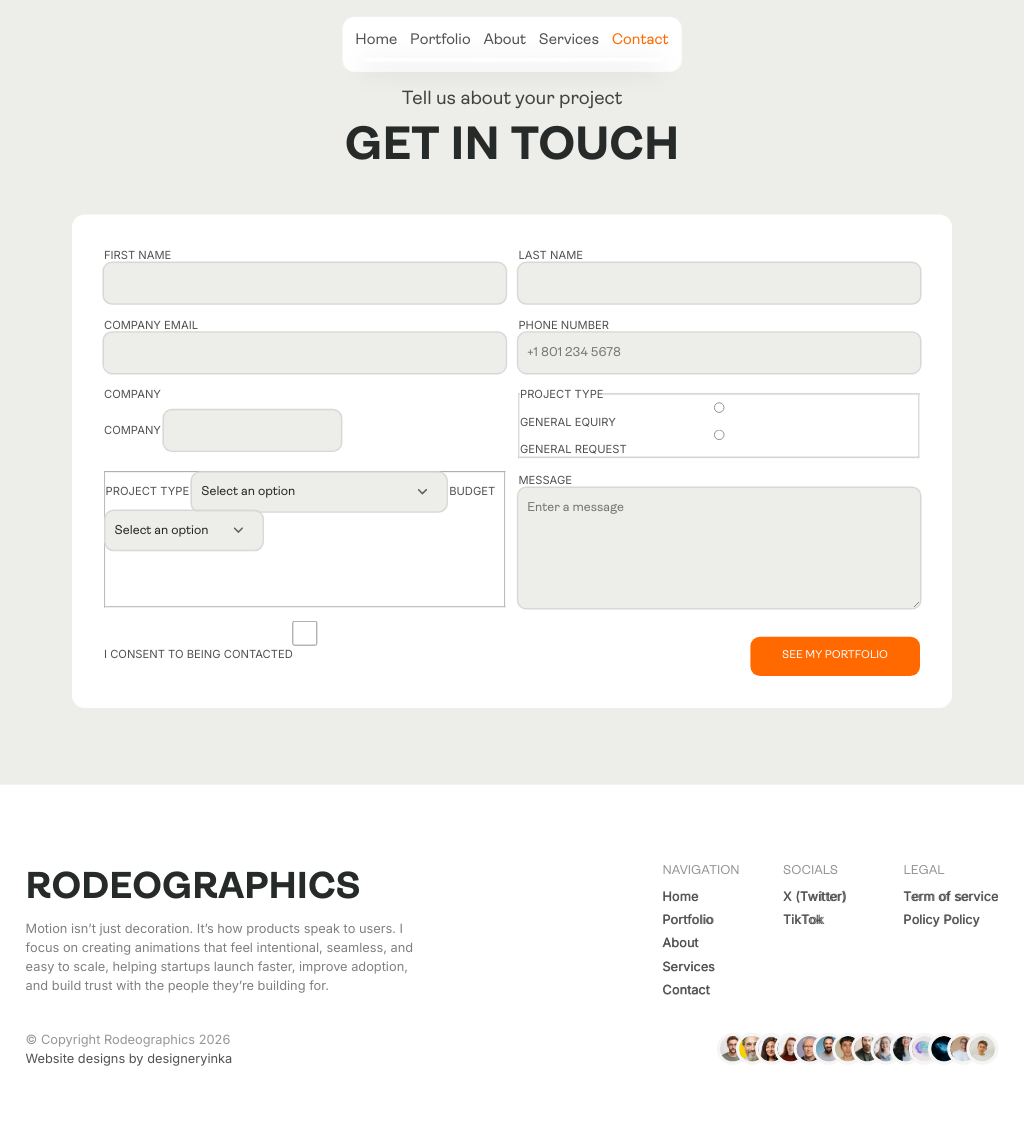
Repository: Ajeyinka/RodeoGraphics
Page: contact.html
An editor plug-in stored every save of this project. The page is shown before and after the next save, followed by the edit.
The browser window is 1280 px wide. The pictures show the whole page, at 80% of full size.

Above is the page before, as saved 2026-02-21 21:28:26.
Console error: ReferenceError: gsap is not defined

### contact.html
<!DOCTYPE html>
<html lang="en">
  <head>
    <meta charset="UTF-8" />
    <meta name="viewport" content="width=device-width, initial-scale=1.0" />
    <title>Contact | Motion Design for Startups</title>

    <meta
      name="description"
      content="Get in touch to discuss motion design for your product, startup, or upcoming launch."
    />
    <meta property="og:title" content="Contact | Motion Design for Startups" />
    <meta
      property="og:description"
      content="Get in touch to discuss motion design for your product, startup, or upcoming launch."
    />
    <meta property="og:image" content="" />
    <meta property="og:type" content="website" />
    <meta property="og:url" content="" />
    <script src="script.js" defer></script>
    <link rel="stylesheet" href="style.css" />
    <link
      rel="shortcut icon"
      href="images/favicon.ico.png"
      sizes="32x32"
      type="image/png"
    />
  </head>
  <body>
    <nav class="section_nav">
      <div class="container_large">
        <div class="container_nav">
          <div class="two-col-flex">
            <div class="nav_brand">
              <a href="index.html" class="nav_brand-link">
                <span>Rodeographics</span>
              </a>
            </div>
            <a href="#" class="toggle_button" id="toggle_button">
              <span class="bar one"></span>
              <span class="bar two"></span>
            </a>
          </div>
          <!-- Brand / Logo -->

          <!-- Navigation Menu -->
          <div class="nav_menu">
            <ul class="nav_list">
              <li class="nav_item">
                <a href="index.html" class="nav_link">Home</a>
              </li>
              <li class="nav_item">
                <a href="portfolio.html" class="nav_link">Portfolio</a>
              </li>

              <li class="nav_item">
                <a href="about.html" class="nav_link">About</a>
              </li>

              <li class="nav_item">
                <a href="services.html" class="nav_link">Services</a>
              </li>

              <li class="nav_item">
                <a href="contact.html" class="nav_link">Contact</a>
              </li>
            </ul>
          </div>
        </div>
      </div>
    </nav>

    <main>
      <section class="section_contact">
        <div class="container_large">
          <div class="padding_global">
            <div class="form_component">
              <div class="title-top">
                <p class="tag">Tell us about your project</p>
                <h1>GET IN TOUCH</h1>
              </div>
            </div>
            <div class="form-block">
              <form action="https://formspree.io/f/xzdapnao" method="POST">
                <div class="form-group">
                  <label for="fname">First Name</label>
                  <input
                    type="text"
                    name="first_name"
                    class="input"
                    id="fName"
                    required
                  />
                </div>
                <div class="form-group">
                  <label for="lname">Last Name</label>
                  <input
                    type="text"
                    name="last_name"
                    class="input"
                    id="lName"
                    required
                  />
                </div>
                <div class="form-group">
                  <label for="email">Company Email</label>
                  <input
                    type="email"
                    name="company_email"
                    class="input"
                    id="email"
                    required
                  />
                </div>
                <div class="form-group">
                  <label for="tel"> Phone Number</label>
                  <input
                    type="tel"
                    class="input phone-input"
                    placeholder="+1 801 234 5678"
                    inputmode="tel"
                    autocomplete="tel"
                    id="tel"
                  />
                </div>

                <div class="form-group">
                  <label for="company">Company</label>
                  <label for="company">
                    Company
                    <input
                      type="text"
                      name="company"
                      class="input"
                      id="company"
                    />
                  </label>
                </div>

                <fieldset>
                  <legend>Project Type</legend>

                  <div class="form-group">
                    <input
                      type="radio"
                      id="general"
                      name="project"
                      value="General Equiry"
                      required
                    />
                    <label for="general">General Equiry</label>
                  </div>

                  <div class="form-group">
                    <input
                      type="radio"
                      id="support"
                      name="project"
                      value="General Requesr"
                      required
                    />
                    <label for="support">General Request</label>
                  </div>
                </fieldset>

                <fieldset>
                  <label>
                    Project Type
                    <select class="input select" name="project type">
                      <option value="" disabled selected>
                        Select an option
                      </option>
                      <option value="saas">SaaS/Explainer Video</option>
                      <option value="2d explainer">2D Explainer Video</option>
                      <option value="logo">Logo Animation</option>
                      <option value="ai vide0">
                        AI branding/product Launch Video
                      </option>
                      <option value="website">Website Interphase</option>
                      <option value="short form">Short Form Edit Video</option>
                    </select>
                  </label>
                  <label>
                    Budget
                    <select class="input select" name="budget">
                      <option value="" disabled selected>
                        Select an option
                      </option>
                      <option value="$0-$200">$0-$200</option>
                      <option value="$200-$500">$200-$500</option>
                      <option value="$500-$1000">$500-$1000</option>
                      <option value="$1000-above">$1000 and Above</option>
                    </select>
                  </label>
                </fieldset>
                <div class="form-group">
                  <label for="message">Message</label>
                  <textarea
                    name="textarea"
                    id="textarea"
                    class="input"
                    placeholder="Enter a message"
                  ></textarea>
                </div>
                <div class="form-group">
                  <input type="checkbox" name="consent" id="consent" required />
                  <label for="consent">I consent to being contacted</label>
                </div>

                <div class="input-submit">
                  <button type="submit" class="button-submit button">
                    <span class="text text-primary">See my portfolio</span>
                  </button>
                </div>
                <div class="form-success">
                  Thanks for reaching out. I’ll get back to you within 24 hours.
                </div>
              </form>
            </div>
          </div>
        </div>
      </section>
    </main>
    <footer>
      <div class="container_large">
        <div class="padding_global">
          <div class="footer-grid">
            <div class="footer-left">
              <h2>Rodeographics</h2>
              <p>
                Motion isn’t just decoration. It’s how products speak to users.
                I focus on creating animations that feel intentional, seamless,
                and easy to scale, helping startups launch faster, improve
                adoption, and build trust with the people they’re building for.
              </p>
            </div>
            <div class="footer-right">
              <div class="footer_link-wrapper">
                <div class="footer_links">
                  <h4>Navigation</h4>
                  <a href="index.html" class="footer_link">Home</a>
                  <a href="portfolio.html" class="footer_link">Portfolio</a>
                  <a href="about.html" class="footer_link">About</a>
                  <a href="services.html" class="footer_link">Services</a>
                  <a href="contact.html" class="footer_link">Contact</a>
                </div>
                <div class="footer_links">
                  <h4>Socials</h4>
                  <a href="https://x.com/designerola01" class="footer_link"
                    >X (Twitter)</a
                  >

                  <a
                    href="https://www.tiktok.com/@rodeodesigns?_r=1&_t=ZS-93MZgyCcf5N"
                    class="footer_link"
                    >TikTok</a
                  >
                </div>
                <div class="footer_links">
                  <h4>Legal</h4>
                  <a href="services.html" class="footer_link"
                    >Term of service</a
                  >

                  <a href="privacy.html" class="footer_link">Policy Policy</a>
                </div>
              </div>
            </div>
          </div>
          <div class="footer-bottom">
            <div>
              <p class="Copyright">© Copyright Rodeographics 2026</p>
              <a href="https://designeryinka.com/" target="_blank"
                >Website designs by designeryinka</a
              >
            </div>

            <div class="footer_proof">
              <img src="images/1.png" alt="" />
              <img src="images/2.png" alt="" />
              <img src="images/3.png" alt="" />
              <img src="images/4.png" alt="" />
              <img src="images/5.png" alt="" />
              <img src="images/6.png" alt="" />
              <img src="images/adewale.png" alt="" />
              <img src="images/adewale1.png" alt="" />
              <img src="images/adewale2.png" alt="" />
              <img src="images/adewale4.png" alt="" />
              <img src="images/adewalw5.png" alt="" />
              <img src="images/adewale6.png" alt="" />
              <img src="images/adewale7.png" alt="" />
              <img src="images/adewalw8.png" alt="" />
            </div>
          </div>
        </div>
      </div>
    </footer>
  </body>
</html>

Loaded but not shown: script.js (338 lines, source omitted); style.css (1918 lines, source omitted)

After the next save:
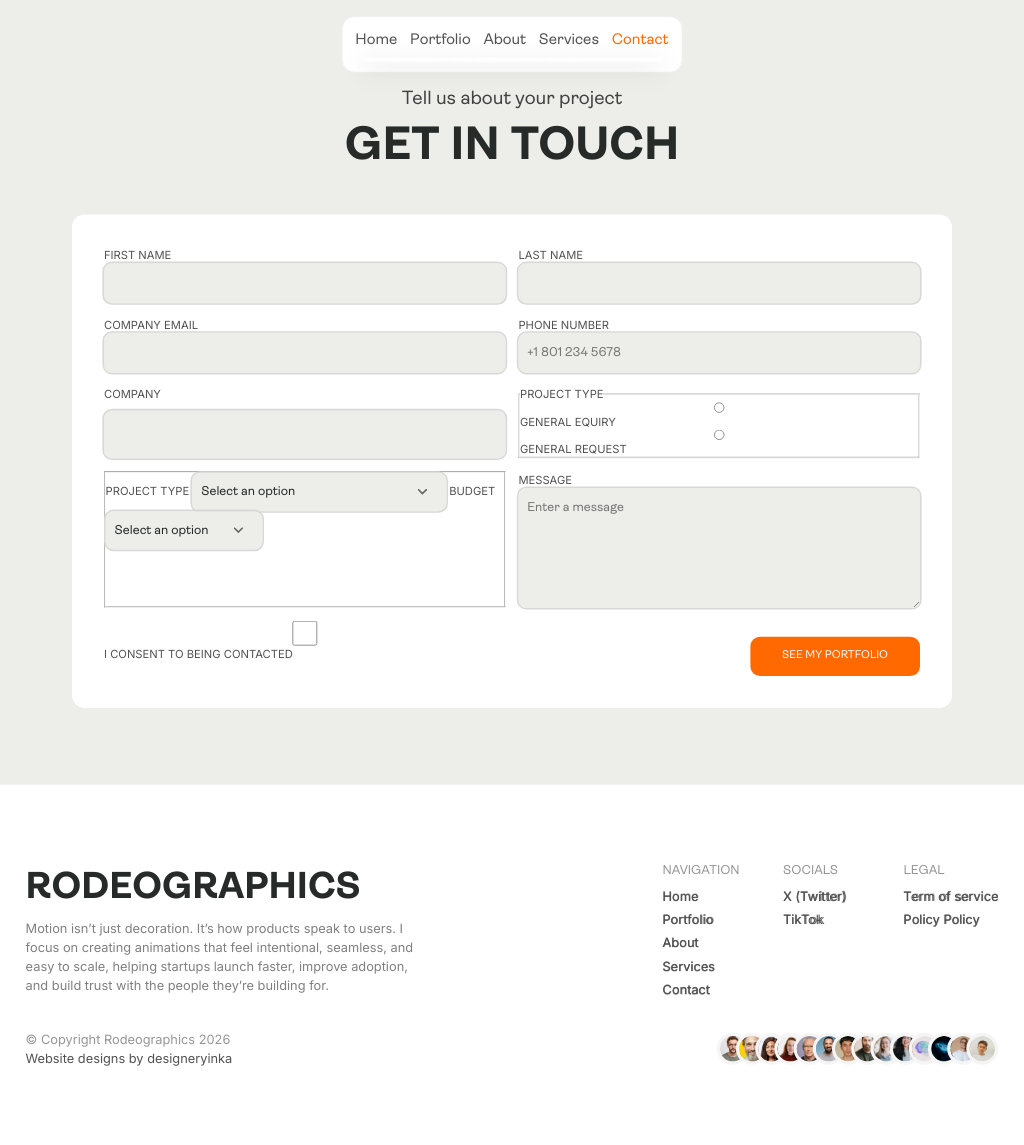
Saved 50 s later.
--- a/contact.html
+++ b/contact.html
@@ -126,15 +126,13 @@
 
                 <div class="form-group">
                   <label for="company">Company</label>
-                  <label for="company">
-                    Company
-                    <input
-                      type="text"
-                      name="company"
-                      class="input"
-                      id="company"
-                    />
-                  </label>
+
+                  <input
+                    type="text"
+                    name="company"
+                    class="input"
+                    id="company"
+                  />
                 </div>
 
                 <fieldset>
